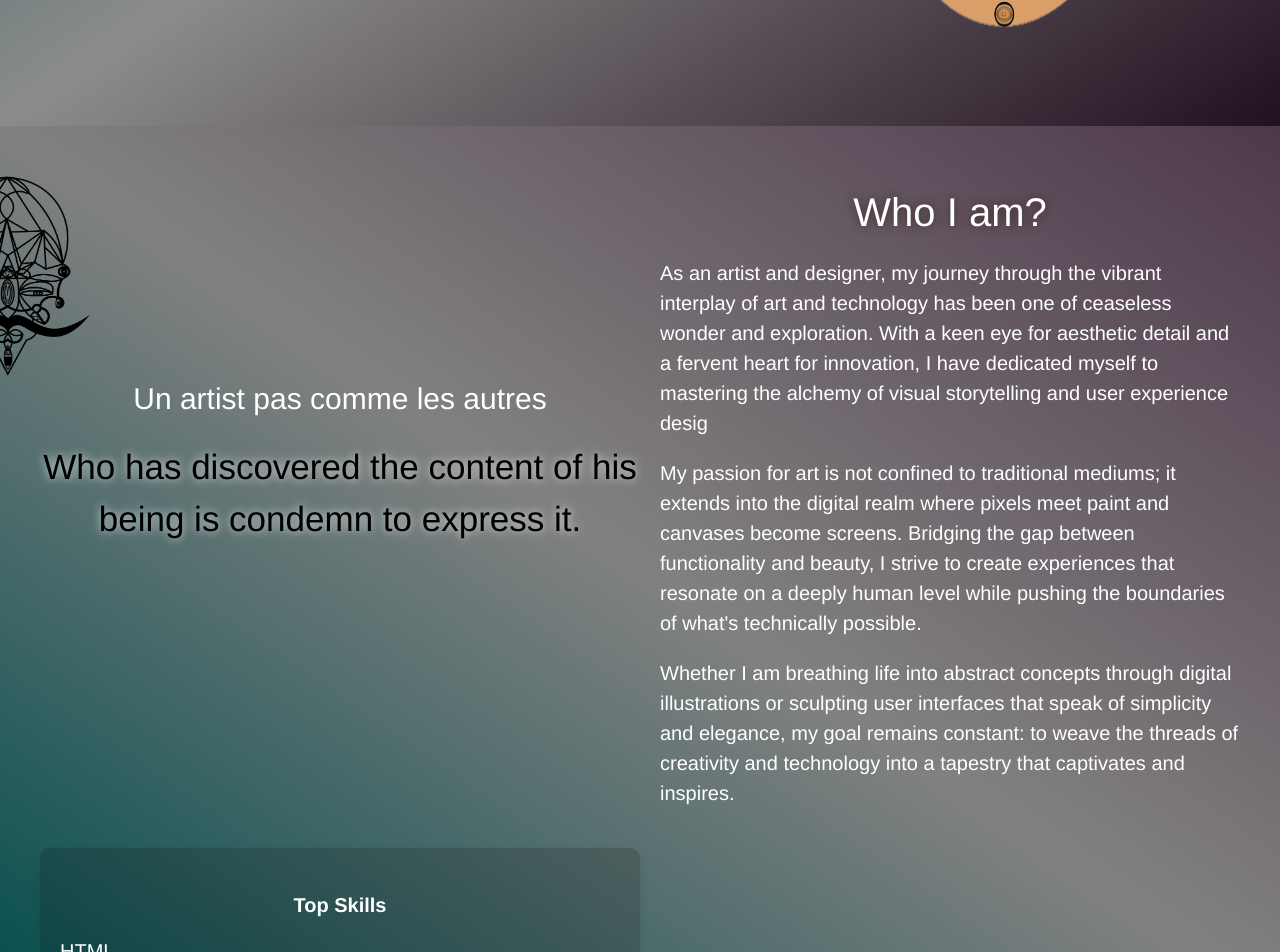
Repository: al-XLeMEsTRE/al-XLeMEsTRE
Page: index.html
These files come from the project's save history. The page is drawn as it stood at one moment and after the next save; the edit follows.
The browser window is 1280 px wide. The pictures show the part of the page from y = 754 to 1706 px (the page is 5520 px tall).
A picture or video elsewhere on the page could not be fetched, so the positions and the page height are approximate.

Above is the page before, as saved 2023-11-23 19:34:33.

After the next save:
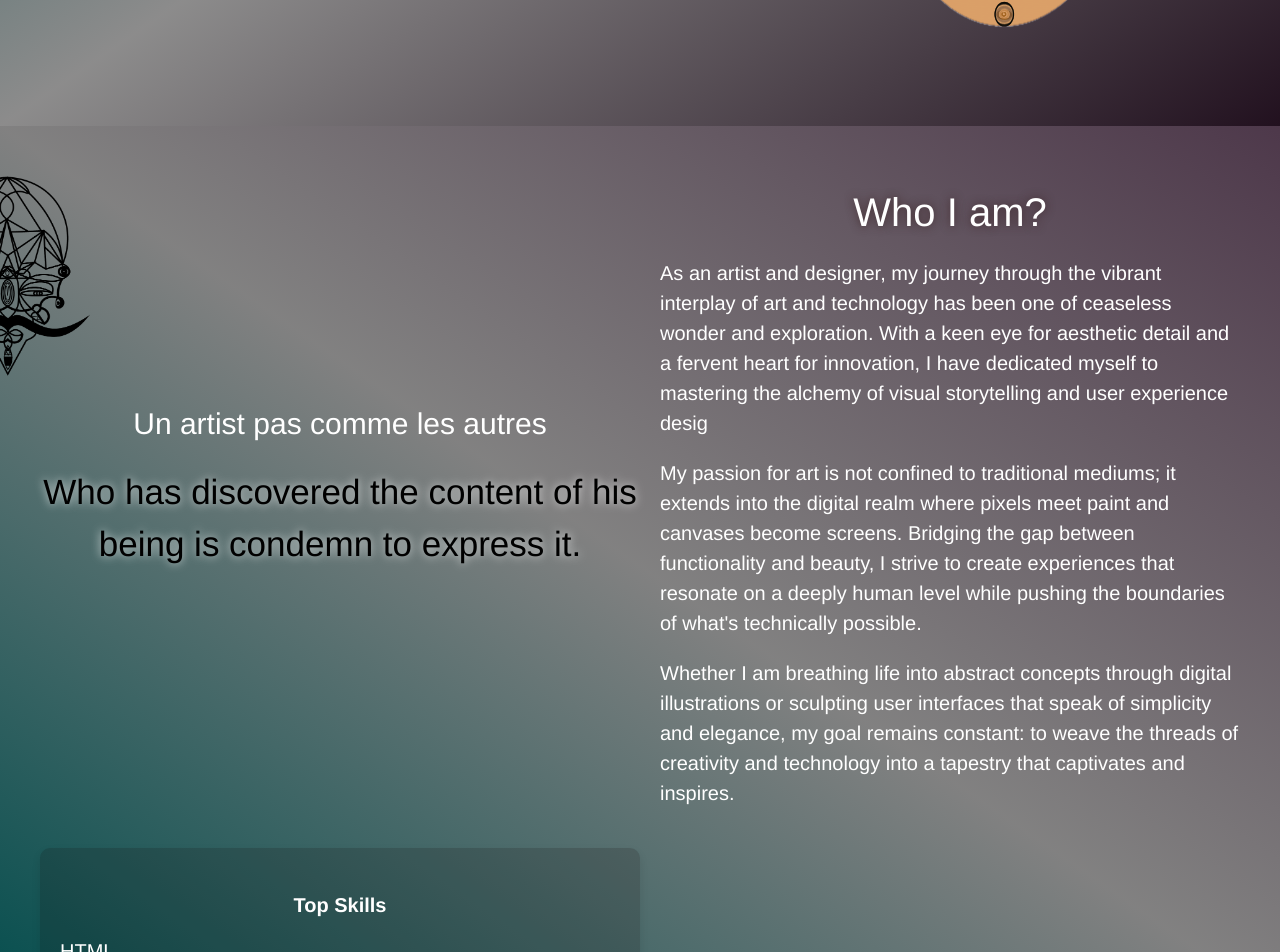
Saved 55 s later.
--- a/style/styles.css
+++ b/style/styles.css
@@ -228,7 +228,7 @@
 }
 
 .about__heading {
-  margin-top: 0;
+  margin-top: ;
   color: #ffffff;
   text-align: center;
   margin-bottom: 20px;
